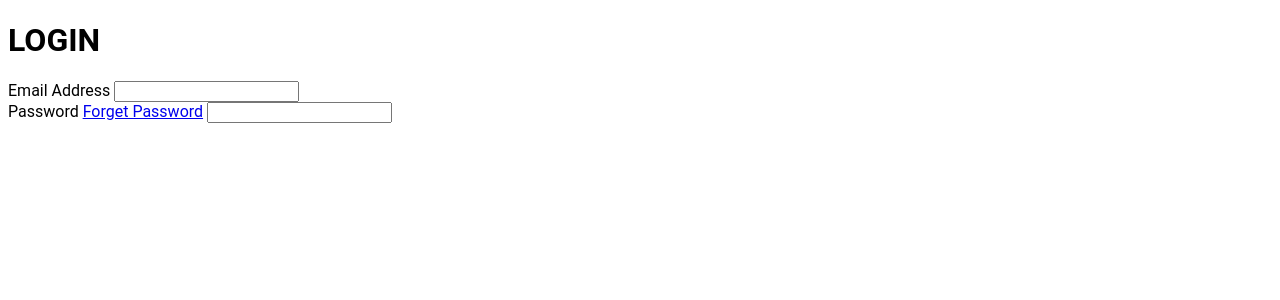
Repository: zjria/Bootstrap_logIn_1
Page: LoginPage/index.html
The author's editor kept a copy of each file at every save. The page is drawn from the files as they stood at one save, then again after the next save.
The browser window is 1280 px wide. The pictures show the whole page.

Above is the page before, as saved 2022-06-10 09:22:08.

### LoginPage/index.html
<!DOCTYPE html>
<html lang="en">
<head>
    <meta charset="UTF-8">
    <meta http-equiv="X-UA-Compatible" content="IE=edge">
    <meta name="viewport" content="width=device-width, initial-scale=1.0">
    <title>LogIn Page</title>
    <!-- Bootstrap CDN Link -->
    <link rel="stylesheet" href="https://cdnjs.cloudflare.com/ajax/libs/bootstrap/5.2.0-beta1/js/bootstrap.min.js">

    <!-- Google Font -->
    <link rel="preconnect" href="https://fonts.googleapis.com">
    <link rel="preconnect" href="https://fonts.gstatic.com" crossorigin>
    <!-- Custom Css -->
    <link rel="stylesheet" href="style.css">
</head>
<body>
    <div class="global-container">
        <div class="card login-form">
            <div class="card-body">
                <h1 class="card-body text-center">LOGIN</h1>
                <div class="card-text">
                    <form action="#">
                        <div class="form-group">
                            <label for="exampleInputEmail1">Email Address</label>
                            <input type="email" class="form-control form-control-sm" id="exampleInputEmail1">
                        </div>
                        <div class="form-group">
                            <label for="exampleInputPassword1">Password</label>
                            <a href="#" class="">Forget Password</a>
                            <input type="email" class="form-control form-control-sm" id="exampleInputEmail1">
                        </div>
                    </form>
                </div>
            </div>
        </div>
    </div>


</body>
</html>

Loaded but not shown: LoginPage/style.css (common file)

After the next save:
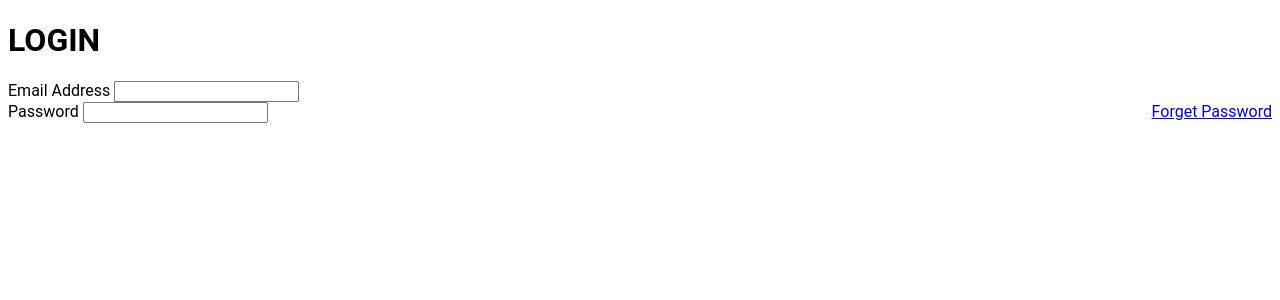
Saved 35 s later.
--- a/LoginPage/index.html
+++ b/LoginPage/index.html
@@ -27,7 +27,7 @@
                         </div>
                         <div class="form-group">
                             <label for="exampleInputPassword1">Password</label>
-                            <a href="#" class="">Forget Password</a>
+                            <a href="#" style="float: right;">Forget Password</a>
                             <input type="email" class="form-control form-control-sm" id="exampleInputEmail1">
                         </div>
                     </form>
